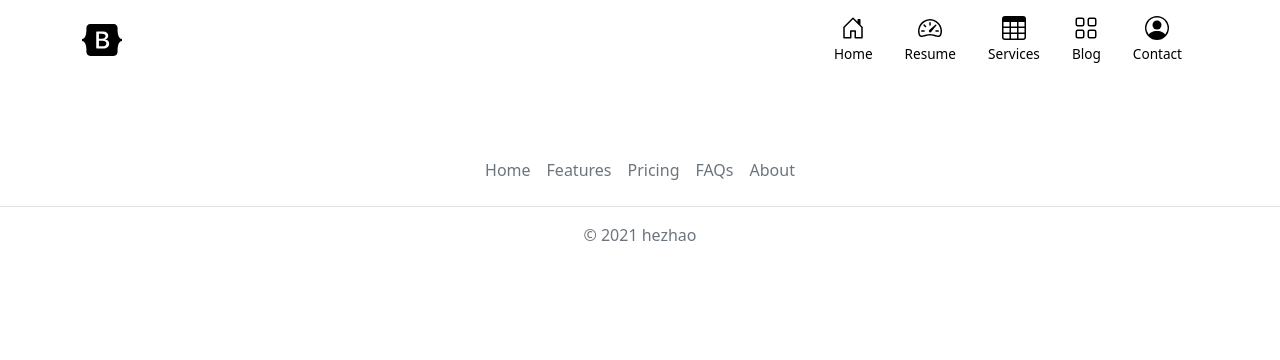
Repository: HeZhao-hugh/personal-web
Page: index.html
An editor plug-in stored every save of this project. The page is shown before and after the next save, followed by the edit.
The browser window is 1280 px wide. The pictures show the whole page.

Above is the page before, as saved 2022-01-19 17:57:22.

After the next save:
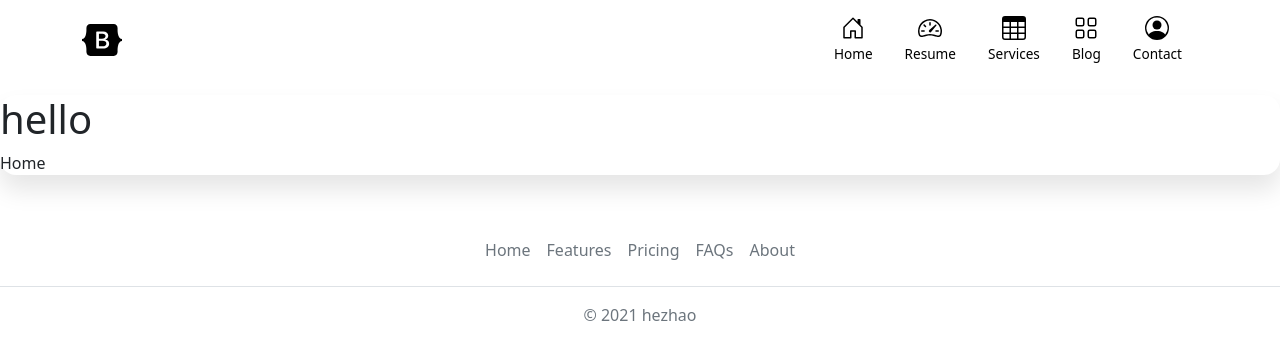
Saved 10 s later.
--- a/style.css
+++ b/style.css
@@ -43,3 +43,9 @@
     transition: visibility 0.3s, opacity 0.3s ease-in-out;
     box-shadow: 0px 15px 25px 0px rgba(0,0,0,0.1);
   }
+  .page--active {
+    display: block;
+    position: relative;
+    visibility: visible;
+    opacity: 1;
+  }
